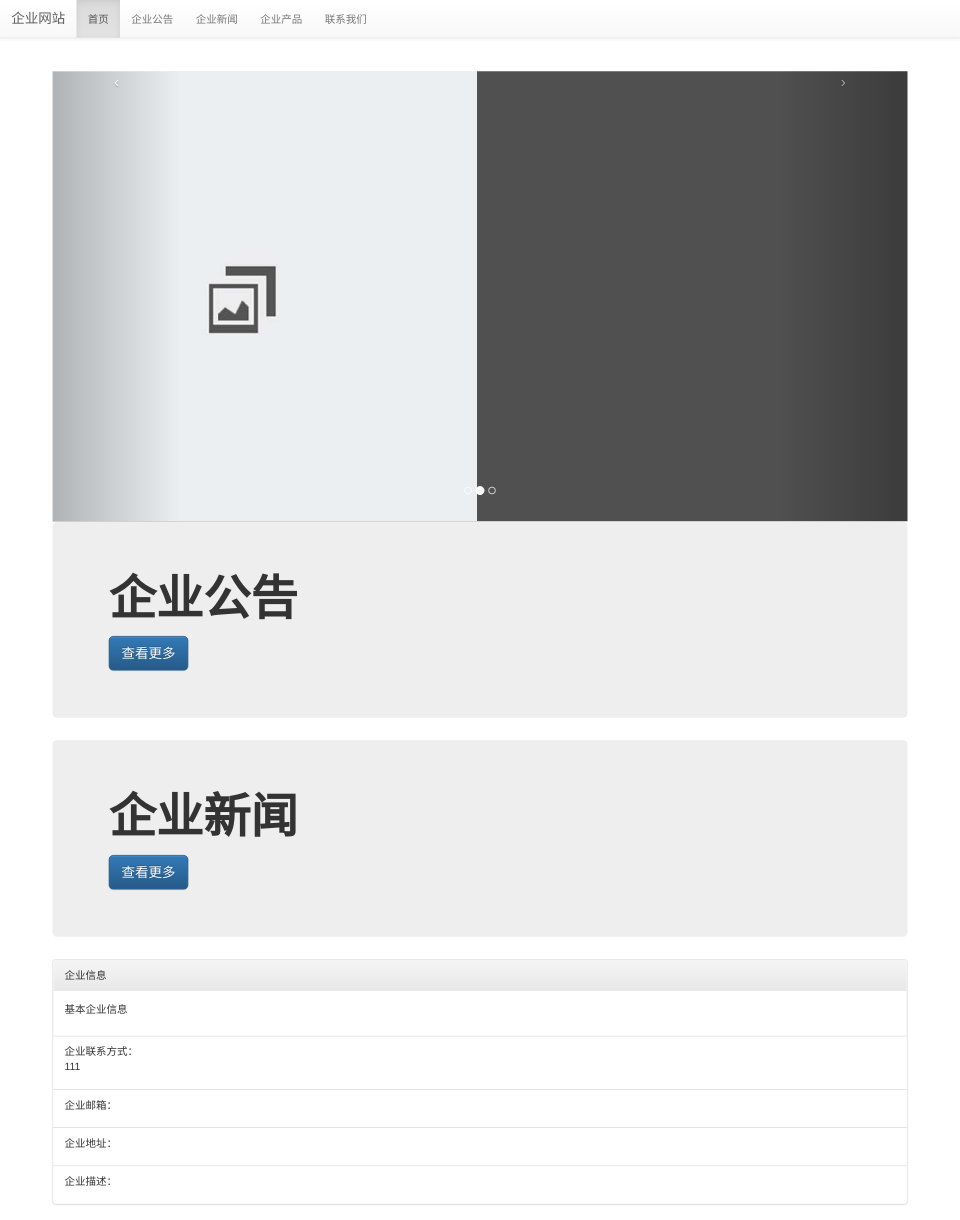
Repository: Mrzx0925/mystudyj2ee
Page: mvssh/src/main/webapp/mywrite/index.html
An editor plug-in stored every save of this project. The page is shown before and after the next save, followed by the edit.
The browser window is 1280 px wide. The pictures show the whole page, at 75% of full size.

Above is the page before, as saved 2019-12-22 11:47:28.

### mvssh/src/main/webapp/mywrite/index.html
<!DOCTYPE html>
<html lang="zh-CN" class="ax-vertical-centered">
<head>
	<meta charset="UTF-8">
	<title>企业网站</title>
	    <meta http-equiv="Content-Type" content="text/html; charset=UTF-8">
    <meta name="viewport" content="width=device-width, initial-scale=1">
	<link rel="stylesheet" href="css/bootstrap.min.css">
	    <link rel="stylesheet" href="css/bootstrap-theme.min.css">
    <link rel="stylesheet" href="css/bootstrap-admin-theme.css">
        <link rel="stylesheet" href="css/bootstrap-admin-theme.css">
        <script src="jQuery/jquery-3.1.1.min.js"></script>
        <script src="js/bootstrap.min.js"></script>

        <script src="js/bootstrap-dropdown.min.js"></script>
        <script src="js/my.js"></script>
</head>





<body class="bootstrap-admin-with-small-navbar">
<nav class="navbar navbar-default navbar-fixed-top" role="navigation">
    <div class="container-fluid">
        <div class="navbar-header">
            <a class="navbar-brand" href="#">企业网站 </a>
        </div>

          <ul class="nav navbar-nav">
            <li class="active"><a href="index.html">首页</a></li>
            <li><a href="gonggao.html">企业公告</a></li>
            <li ><a href="xinwen.html">企业新闻</a></li>
    		<li><a href="qiyechanpin.html">企业产品</a></li>
      		<li><a href="lianxi.html">联系我们</a></li>
        </ul>


    </div>
</nav>


<div class="container">

    <div class="row">

    <div class="col-lg-12">
        <div id="myCarousel" class="carousel slide" style="height: 600px;background: #505050"">
                     <!-- 轮播（Carousel）指标 -->
                <ol class="carousel-indicators">
                    <li data-target="#myCarousel" data-slide-to="0" class="active"></li>
                    <li data-target="#myCarousel" data-slide-to="1"></li>
                    <li data-target="#myCarousel" data-slide-to="2"></li>
                </ol>

                 <!-- 轮播（Carousel）项目 -->
                    <input type="hidden" value="2" id="BasePath"/>
                        <div class="carousel-inner">
                            <div class="item active">
                                <img src="img/notfound.jpg" alt="First slide" class="img-responsive center-block" id="img1" onclick="javascript:show()">
                                 <div class="carousel-caption"><p id="p1"></p></div>
                            </div>
                            <div class="item">
                                <img src="img/notfound.jpg" alt="Second slide" class="img-responsive center-block" id="img2" onclick="javascript:show()">
                                 <div class="carousel-caption"><p id="p2"></p></div>
                            </div>
                            <div class="item">
                                <img src="img/notfound.jpg" alt="Third slide" class="img-responsive center-block" id="img3" onclick="javascript:show()">
                                 <div class="carousel-caption"><p id="p3"></p></h1></div>
                            </div>
                        </div>

                    <!-- 轮播（Carousel）导航 -->
                    <a class="carousel-control left" href="#myCarousel"
                        data-slide="prev">&lsaquo;
                    </a>
                    <a class="carousel-control right" href="#myCarousel"
                        data-slide="next">&rsaquo;
                    </a>
        </div>
    </div>

        <div class="col-lg-12"></div>

             <div class="col-lg-12">
                <div class="jumbotron">
                    <div class="container">
                        <h1 style="font-weight:bold;">企业公告</h1>
                        <p id="noticeTitle"></p>

                        <p><a class="btn btn-primary btn-lg" role="button" href="">
                            查看更多</a>
                        </p>
                    </div>
                </div>
            </div>
            <div class="col-lg-12">
                <div class="jumbotron">
                    <div class="container">
                            <h1 style="font-weight:bold;">企业新闻</h1>
                            <p id="articleTitle"></p>
                            <p><a class="btn btn-primary btn-lg" role="button" href="">
                                查看更多</a>
                            </p>
                    </div>
                </div>
            </div>



    <div class="col-lg-12">
        <div class="panel panel-default">
            <div class="panel-heading">企业信息</div>
            <div class="panel-body">
                <p>
                    基本企业信息
                </p>
            </div>
            <ul class="list-group">
                <li class="list-group-item">企业联系方式：<p id="phone">111</p></li>
                <li class="list-group-item">企业邮箱：<p id="email"></p></li>
                <li class="list-group-item">企业地址：<p id="location"></p></li>
                <li class="list-group-item">企业描述：<p id="cdesc"></p></li>
            </ul>
        </div>

</div>

</div>
</div>

</body>
</html>

### mvssh/src/main/webapp/mywrite/js/my.js
$(function() {
	$('#myCarousel').carousel('cycle');
});

$(document).ready(function() {

//	$.ajax({
//		type : 'get',
//		url : "index_companyInfo",
//		cache : false,
//		success : function(data) {
//
//		},
//		error : function() {
//			alert("请求失败")
//		}
//	})

	//$("#phone").html("zx");
});

Loaded but not shown: mvssh/src/main/webapp/mywrite/css/bootstrap.min.css (library); mvssh/src/main/webapp/mywrite/css/bootstrap-theme.min.css (library); mvssh/src/main/webapp/mywrite/css/bootstrap-admin-theme.css (library); mvssh/src/main/webapp/mywrite/jQuery/jquery-3.1.1.min.js (library); mvssh/src/main/webapp/mywrite/js/bootstrap.min.js (library); mvssh/src/main/webapp/mywrite/js/bootstrap-dropdown.min.js (common file)

After the next save:
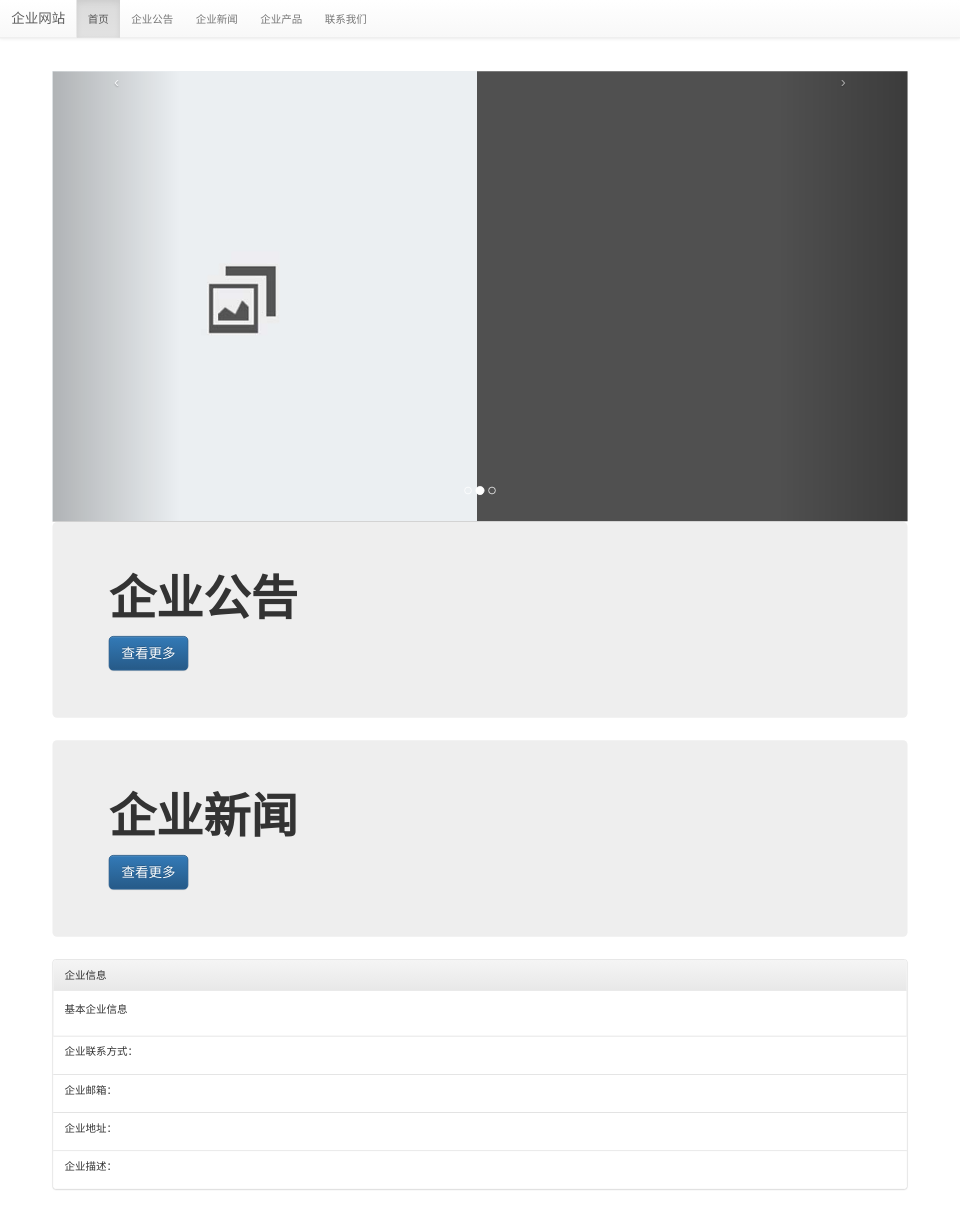
Saved 30 s later.
--- a/mvssh/src/main/webapp/mywrite/index.html
+++ b/mvssh/src/main/webapp/mywrite/index.html
@@ -117,7 +117,7 @@
                 </p>
             </div>
             <ul class="list-group">
-                <li class="list-group-item">企业联系方式：<p id="phone">111</p></li>
+                <li class="list-group-item">企业联系方式：<p id="phone" value="zx"></p></li>
                 <li class="list-group-item">企业邮箱：<p id="email"></p></li>
                 <li class="list-group-item">企业地址：<p id="location"></p></li>
                 <li class="list-group-item">企业描述：<p id="cdesc"></p></li>
